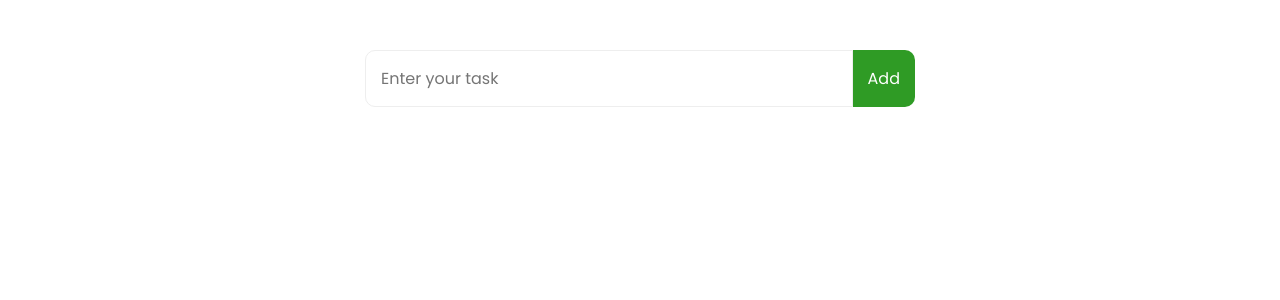
Repository: Nqvinh7603/TO-DO-LIST
Page: index.html
These files come from the project's save history. The page is drawn as it stood at one moment and after the next save; the edit follows.
The browser window is 1280 px wide. The pictures show the whole page.

Above is the page before, as saved 2023-12-28 09:39:45.

### index.html
<!DOCTYPE html>
<html lang="en">

<head>
  <meta charset="UTF-8" />
  <meta http-equiv="X-UA-Compatible" content="IE=edge" />
  <title>Todo list</title>
  <link rel="preconnect" href="https://fonts.gstatic.com" />
  <link href="https://fonts.googleapis.com/css2?family=Poppins:wght@400;600&display=swap" rel="stylesheet" />
  <link rel="stylesheet" href="https://cdnjs.cloudflare.com/ajax/libs/font-awesome/4.7.0/css/font-awesome.min.css"
    integrity="sha512-SfTiTlX6kk+qitfevl/7LibUOeJWlt9rbyDn92a1DqWOw9vWG2MFoays0sgObmWazO5BQPiFucnnEAjpAB+/Sw=="
    crossorigin="anonymous" />
  <link rel="stylesheet" href="./app.css" />
</head>

<body>
  <div class="todo">
    <form class="todo-form" autocomplete="off">
      <input type="text" name="todo" placeholder="Enter your task" class="todo-input" />
      <button class="todo-submit" type="submit">Add</button>
    </form>
    <div class="todo-list">
      <!-- <div class="todo-item">
          <span class="todo-text">Learning english</span>
          <i class="fa fa-trash todo-remove" data-value="Learning english"></i>
        </div> -->
    </div>
  </div>
  <script src="./final.js"></script>
</body>

</html>

### app.css
html {
  box-sizing: border-box;
}
* {
  margin: 0;
  padding: 0;
}
*,
*:before,
*:after {
  box-sizing: border-box;
}
input,
textarea,
select,
button {
  outline: none;
}
input {
  line-height: normal;
}
label,
button {
  cursor: pointer;
}
a {
  text-decoration: none;
}
img {
  display: block;
  max-width: 100%;
}
*,
*:before,
*:after {
  box-sizing: border-box;
}
/* using rem unit */
html {
  font-size: 62.5%;
}
a {
  text-decoration: none;
}
img {
  display: block;
  max-width: 100%;
}
input,
button,
body {
  font-family: "Poppins", sans-serif;
  font-size: 16px;
  line-height: 1;
}
.todo {
  padding: 25px;
  margin: 25px auto;
  max-width: 600px;
}
.todo-form {
  width: 100%;
  display: flex;
}
.todo-submit {
  padding: 15px;
  border: 0;
  background-color: #2f9b25;
  color: white;
  border-radius: 0 10px 10px 0;
  flex-shrink: 0;
}
.todo-input {
  width: 100%;
  border: 1px solid #eee;
  padding: 15px;
  border-radius: 10px 0 0 10px;
}
.todo-item {
  margin-top: 15px;
  display: flex;
  align-items: center;
  padding: 15px 0;
}
.todo-text {
  flex: 1;
  font-weight: 300;
  color: #333;
  display: inline-block;
  padding-right: 20px;
  white-space: nowrap;
  max-width: 100%;
  overflow: hidden;
  text-overflow: ellipsis;
  line-height: 1.4;
}
.todo-remove {
  flex-shrink: 0;
  width: 40px;
  height: 40px;
  background-color: #fc5776;
  color: white;
  border-radius: 4px;
  cursor: pointer;
  display: flex;
  justify-content: center;
  align-items: center;
}

### final.js
window.addEventListener("load", function () {
  // Variables declaration
  const form = document.querySelector(".todo-form");
  const todoList = document.querySelector(".todo-list");
  let todos = JSON.parse(localStorage.getItem("todoList")) || [];
  // console.log("localStorage", localStorage);

  // console.log("todos", todos);
  if (Array.isArray(todos) && todos.length > 0) {
    [...todos].forEach((item) => createTodoItem(item));
  }
  function createTodoItem(title) {
    const template = `<div class="todo-item">
    <span class="todo-text">${title}</span>
    <i class="fa fa-trash todo-remove"></i>
  </div>`;
    todoList.insertAdjacentHTML("beforeend", template);
  }

  form.addEventListener("submit", function (e) {
    e.preventDefault();
    const todoVal = this.elements["todo"].value;
    if (!todoVal) return;
    // Main code
    createTodoItem(todoVal);
    todos.push(todoVal);
    localStorage && localStorage.setItem("todoList", JSON.stringify(todos));
    // save to localStorage
    this.elements["todo"].value = "";
  });

  // Handle remove todo
  todoList.addEventListener("click", function (e) {
    if (e.target.matches(".todo-remove")) {
      // remove todo in DOM
      const todo = e.target.parentNode;
      todo.parentNode.removeChild(todo);
      // remove todo in localStorage
      const todoText = e.target.previousElementSibling.textContent;
      const index = todos.findIndex((item) => item === todoText);
      todos.splice(index, 1);
      localStorage.setItem("todoList", JSON.stringify(todos));
    }
  });
});

After the next save:
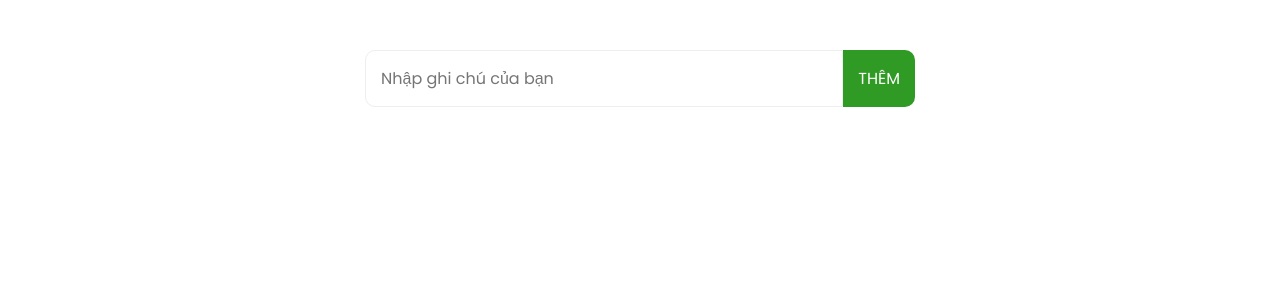
Saved 72 s later.
--- a/index.html
+++ b/index.html
@@ -16,8 +16,8 @@
 <body>
   <div class="todo">
     <form class="todo-form" autocomplete="off">
-      <input type="text" name="todo" placeholder="Enter your task" class="todo-input" />
-      <button class="todo-submit" type="submit">Add</button>
+      <input type="text" name="todo" placeholder="Nhập ghi chú của bạn" class="todo-input" />
+      <button class="todo-submit" type="submit">THÊM</button>
     </form>
     <div class="todo-list">
       <!-- <div class="todo-item">
